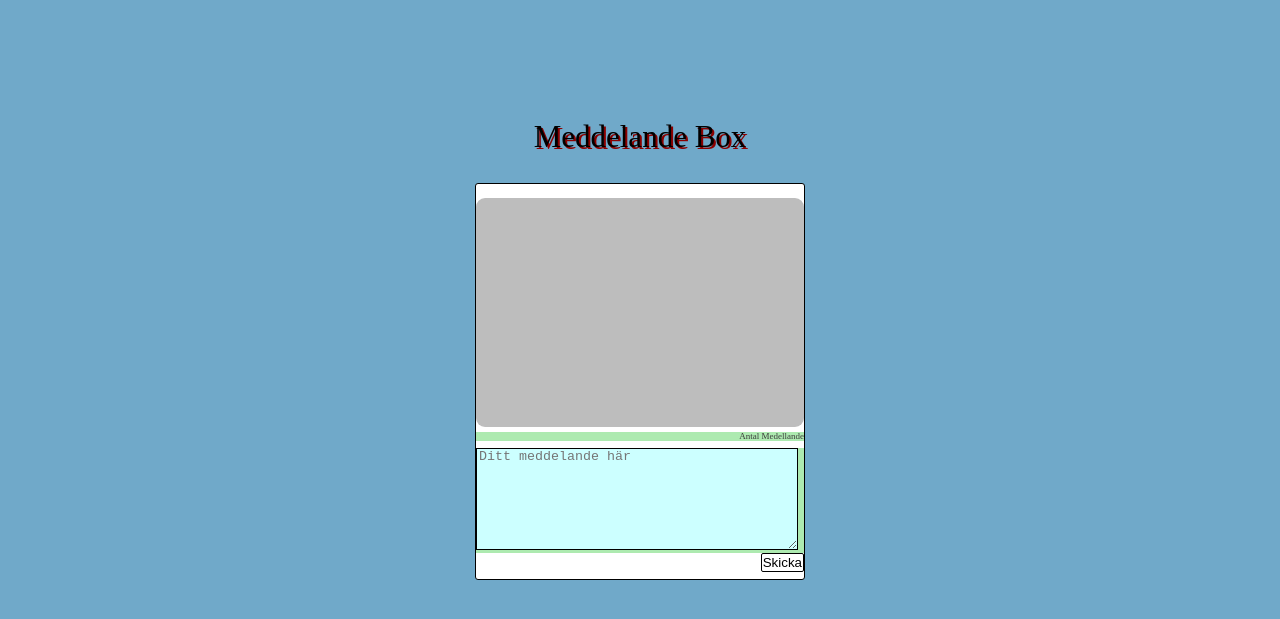
Repository: ls222vy/ls222vy-1dv403-laborationer
Page: 2-labbymezzage/index.html
The author's editor kept a record of every edit. The page is drawn from the files as they stood at one moment, then again after the next edit.
The browser window is 1280 px wide. The pictures show the whole page.

Above is the page before.

After the next edit:
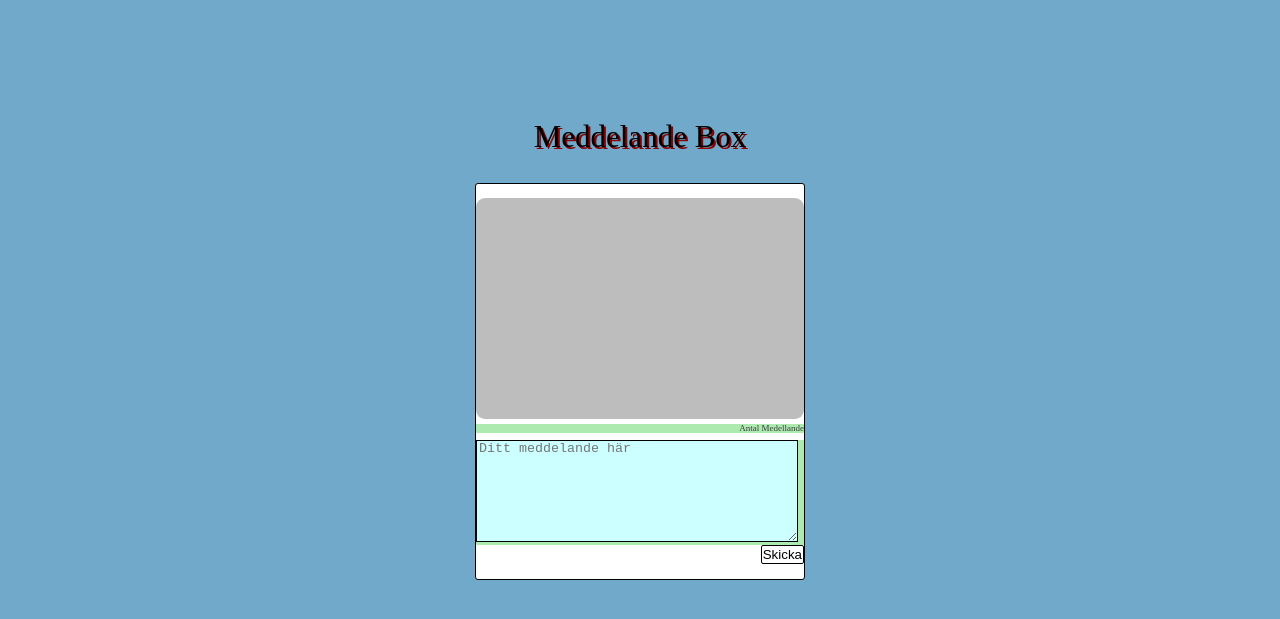
The edit:
--- a/2-labbymezzage/css/style.css
+++ b/2-labbymezzage/css/style.css
@@ -109,7 +109,7 @@
     float:right;
 }
 #myMessages {
-    height: 229px;
+    height: 221px;
     overflow: auto;
     border-radius: 9px;
     background-color:#BDBDBD;
